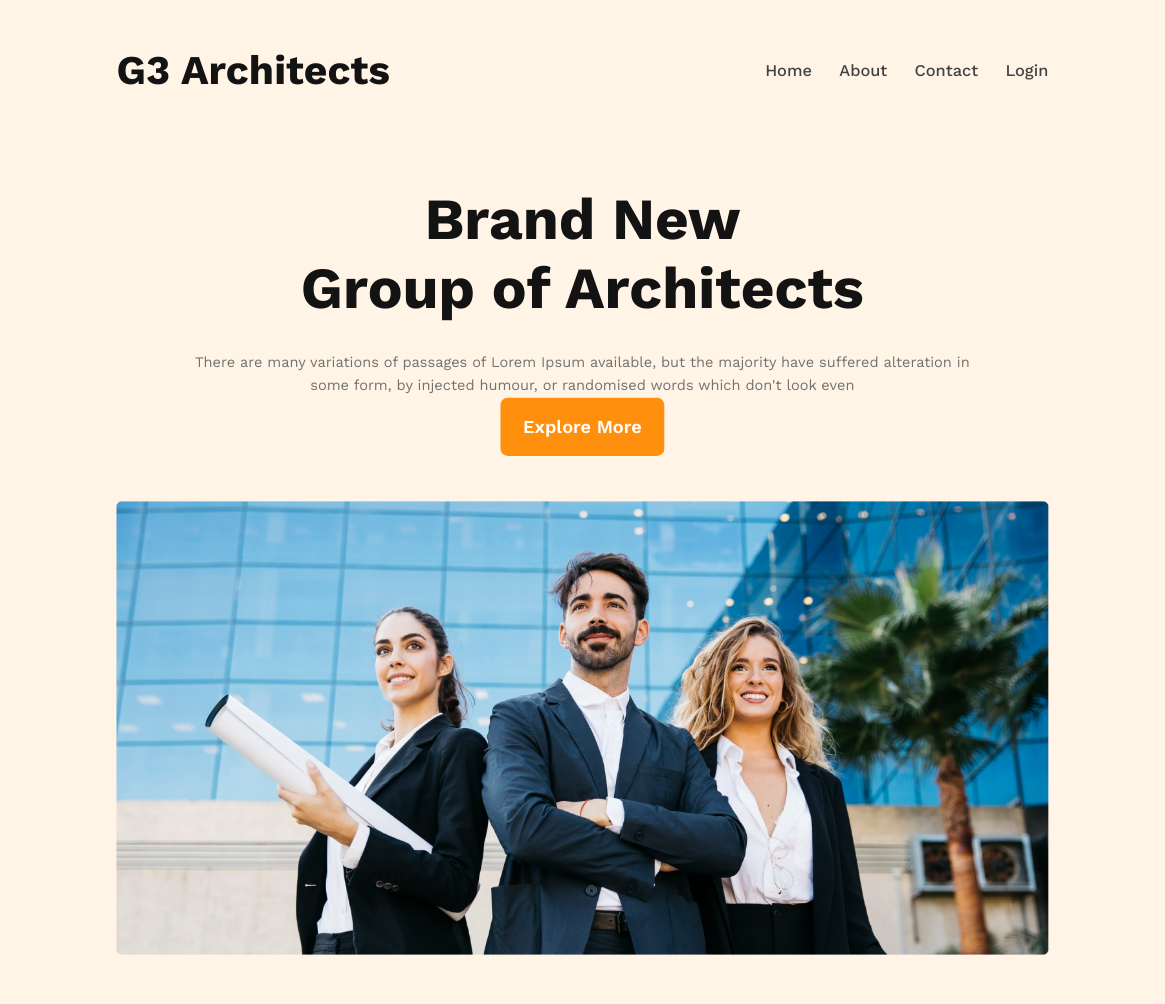
Repository: ShouravAhammed/G3-architects-webpage
Page: index.html
The author's editor kept a copy of each file at every save. The page is drawn from the files as they stood at one save, then again after the next save.
The browser window is 1280 px wide. The pictures show the whole page, at 91% of full size.

Above is the page before, as saved 2024-01-12 22:59:25.

After the next save:
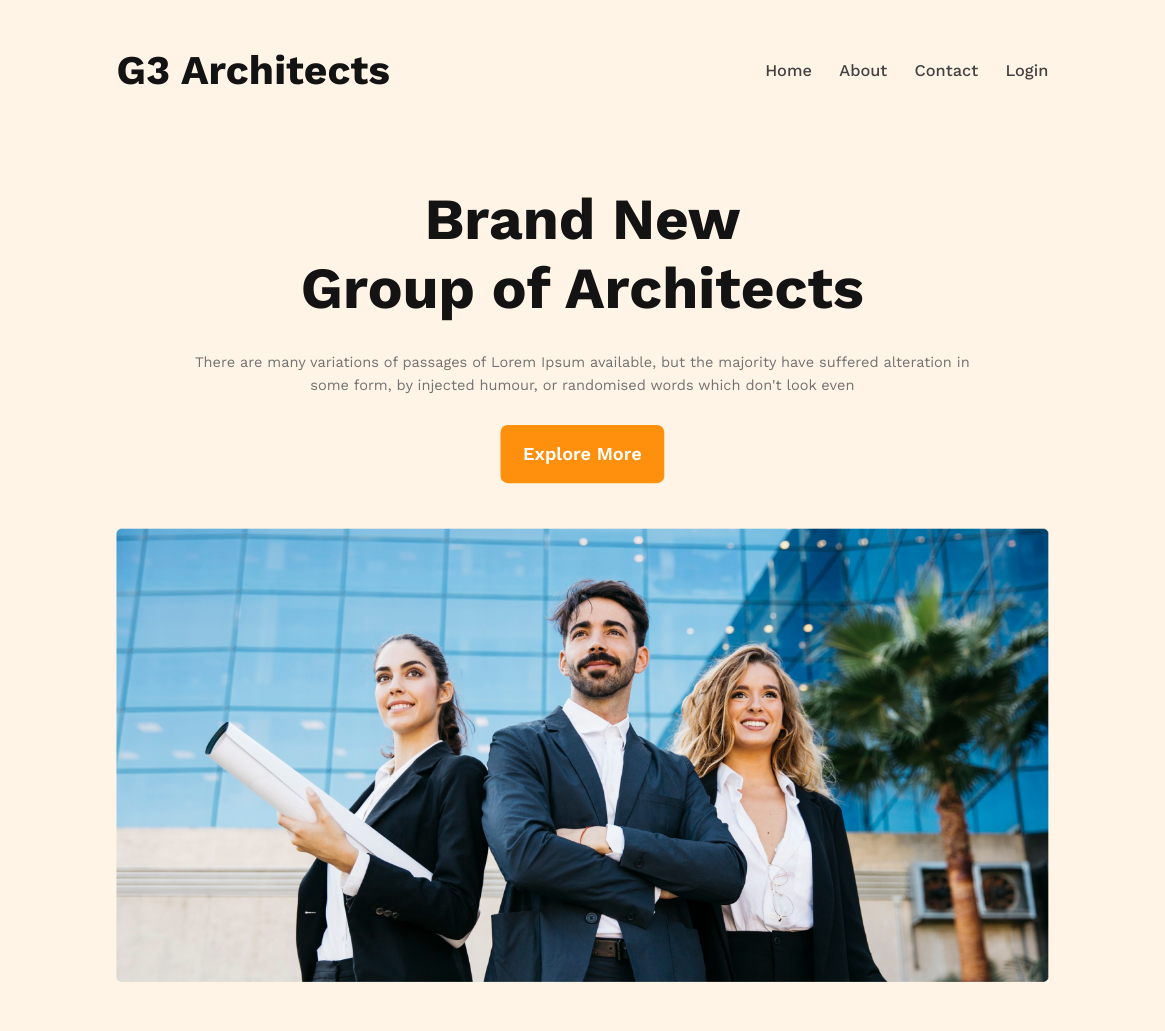
Saved 17 s later.
--- a/styles/style.css
+++ b/styles/style.css
@@ -70,13 +70,13 @@
     color: #131313;
     font-size: 4rem;
     font-weight: 700;
-    margin: 30px 0;
 }
 .banner-content .banner-description{
     color: #727272;
     font-size: 16px;
     font-weight: 400;
     line-height: 26px;
+    margin: 30px 0;
 }
 
 #banner img{
